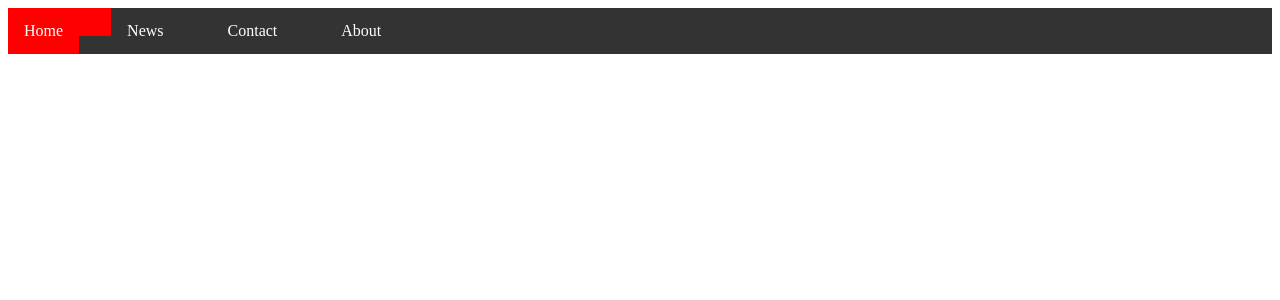
Repository: Yogi-Choudhary/Registration_From
Page: http://localhost/JavaWebApplication/
An editor plug-in stored every save of this project. The page is shown before and after the next save, followed by the edit.
The browser window is 1280 px wide. The pictures show the whole page.
The page is served by Tomcat 9. Other server files are loaded and not shown.

Above is the page before, as saved 2019-09-25 11:16:13.

### JavaWebApplication/src/main/webapp/index.jsp
<html>
  <head>
    <title>Java Web Application</title>
  </head>
  <link rel="stylesheet" type="text/css" href="css/style.css">
  <body>

    <ul>
      <li><a href="#home" class="active">Home</li>
      <li><a href="#new">News</li>
      <li><a href="#contact">Contact</li>
      <li><a href="#about">About</li>
    </ul>

  </body>
</html>

### JavaWebApplication/src/main/webapp/css/style.css
    ul{
      list-style-type: none;
      margin:0;
      padding:0;
      overflow:hidden;
      background-color:#333;
    }

    li{
      float: left;
    }

    li a{
      display: inline-block;
      color:white;
      text-align: center;
      padding: 14px 16px;
      text-decoration: none;

    }

    li a:hover{
      background-color: #111;
    }

    .active{
      background-color: red;
    }

After the next save:
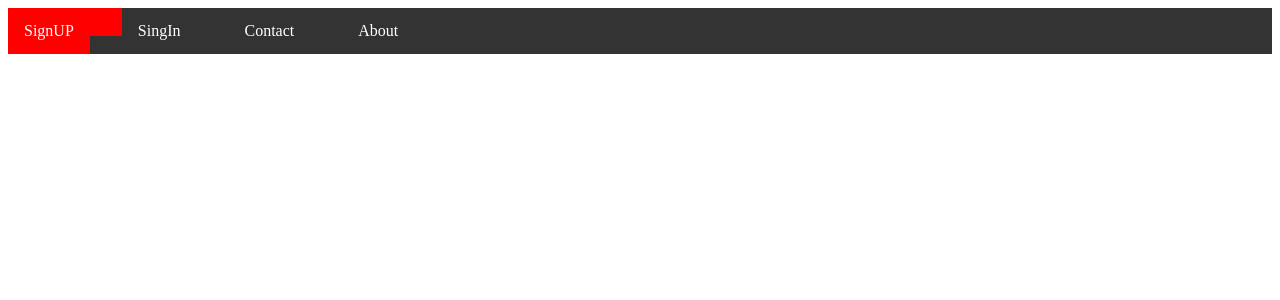
Saved 36 s later.
--- a/JavaWebApplication/src/main/webapp/index.jsp
+++ b/JavaWebApplication/src/main/webapp/index.jsp
@@ -6,8 +6,8 @@
   <body>
 
     <ul>
-      <li><a href="#home" class="active">Home</li>
-      <li><a href="#new">News</li>
+      <li><a href="#home" class="active">SignUP</li>
+      <li><a href="#new">SingIn</li>
       <li><a href="#contact">Contact</li>
       <li><a href="#about">About</li>
     </ul>
